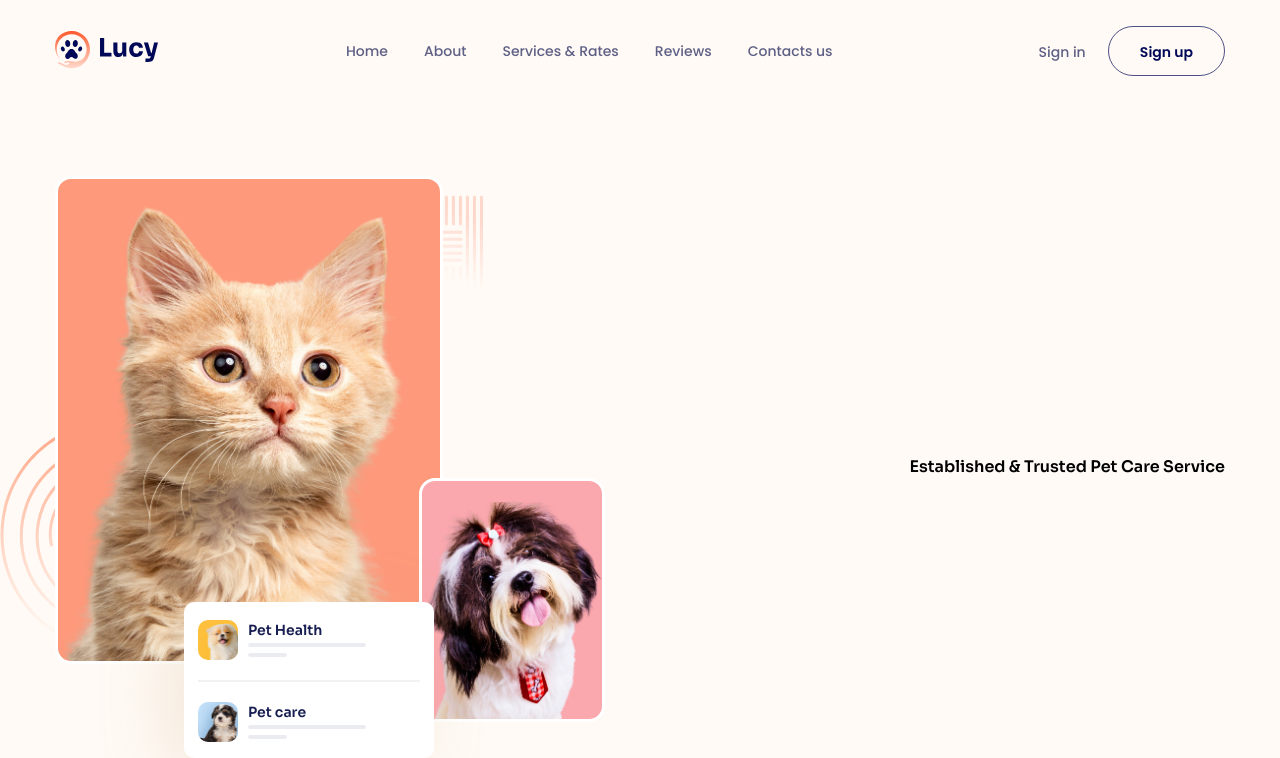
Repository: empty24062002/f8-project-05
Page: index.html
The author's editor kept a copy of each file at every save. The page is drawn from the files as they stood at one save, then again after the next save.
The browser window is 1280 px wide. The pictures show the whole page.

Above is the page before, as saved 2023-09-09 18:10:03.

After the next save:
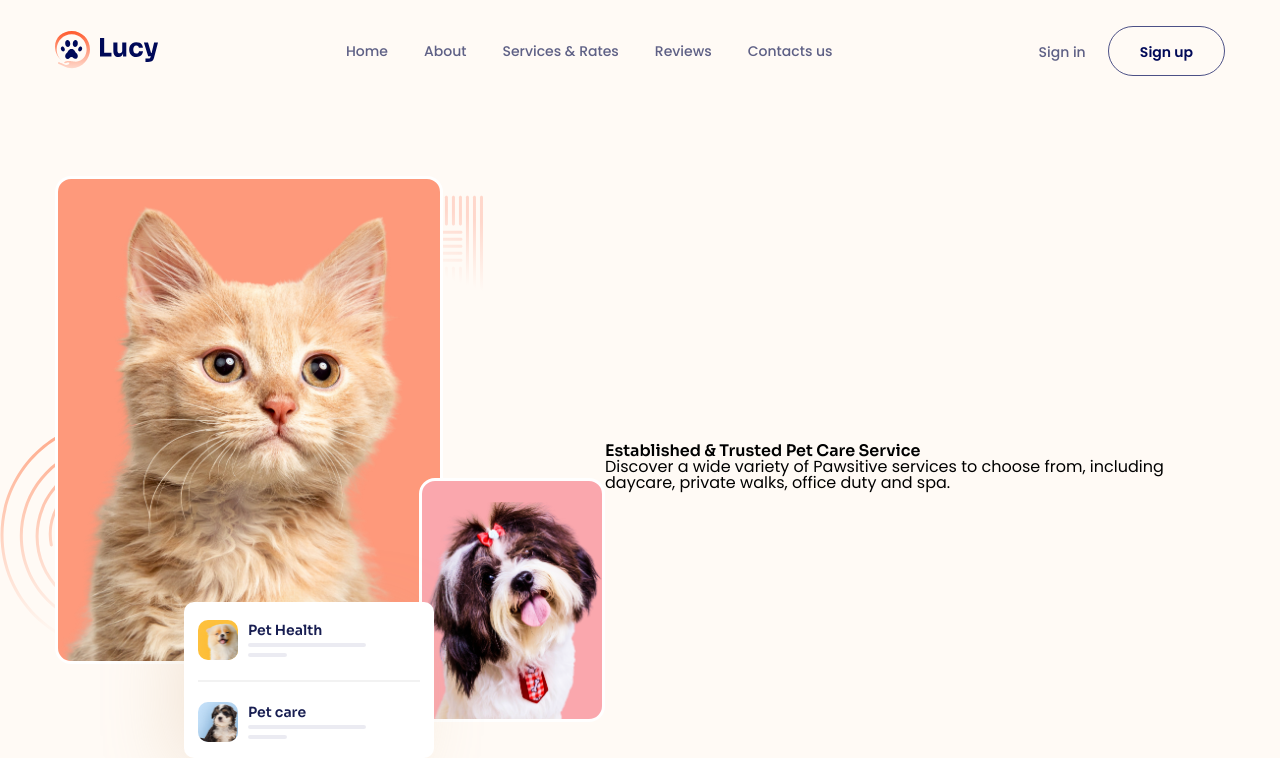
Saved 13 s later.
--- a/index.html
+++ b/index.html
@@ -217,6 +217,11 @@
                         <h1 class="hero__heading">
                             Established & Trusted Pet Care Service
                         </h1>
+                        <p class="hero__desc">
+                            Discover a wide variety of Pawsitive services to
+                            choose from, including daycare, private walks,
+                            office duty and spa.
+                        </p>
                     </section>
                 </div>
             </div>
